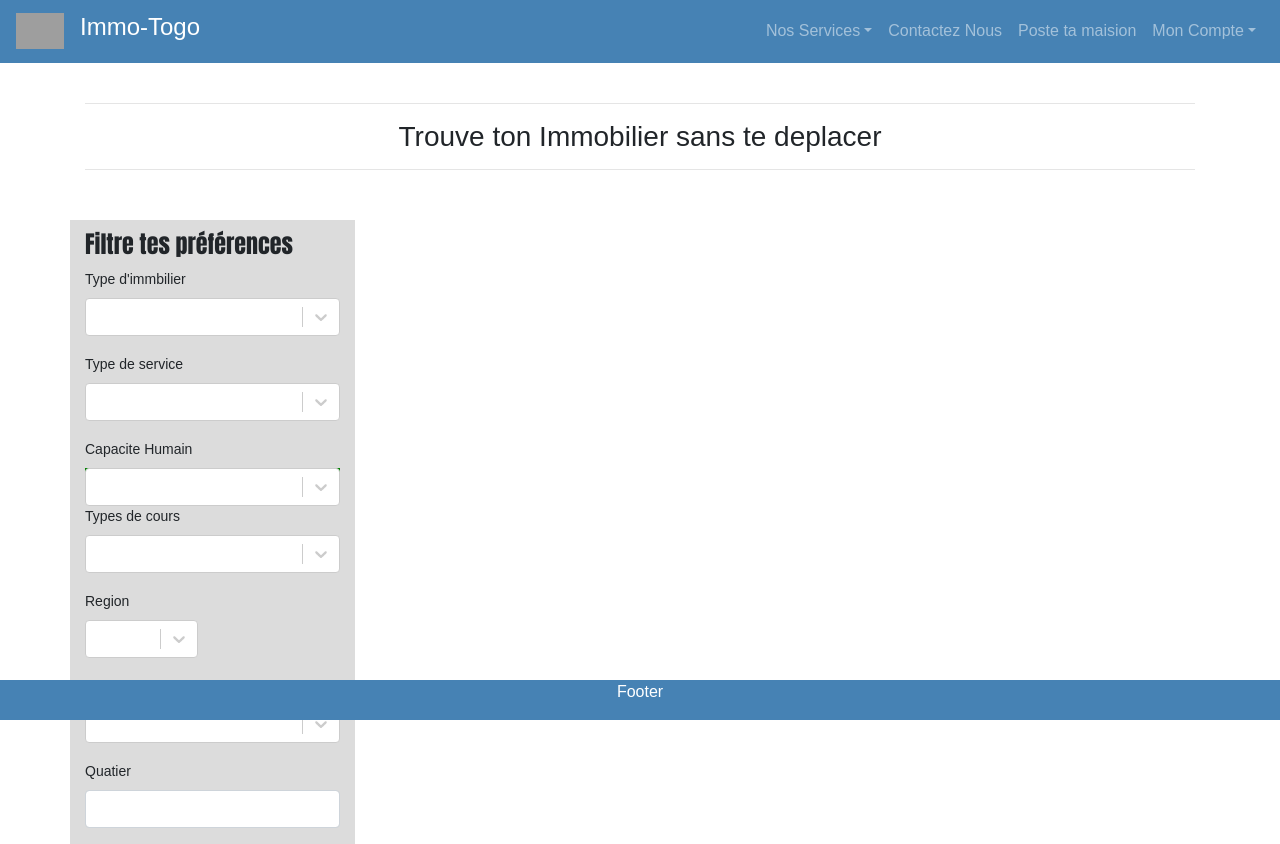
Repository: TAYLOR-YAO/immobilier-togo
Page: / (app in client/)
The author's editor kept a copy of each file at every save. The page is drawn from the files as they stood at one save, then again after the next save.
The browser window is 1280 px wide. The pictures show the whole page.
Pictures or frames that could not be fetched are drawn as grey boxes. The page's requests for data from a server got no answer. The project was rebuilt for these pictures with package versions that can differ from the ones it lists, and the page was loaded fresh each time. No one was signed in, and anything a server would have sent is missing. Also part of the build but not shown: client/src/Components/RegisterHouses/RegisterHouse.css, client/src/Components/RegisterHouses/RegisterHouse.js, client/src/Components/Test_file.js, client/src/Components/test-2.js.

Above is the page before, as saved 2020-05-15 00:13:58.

### client/src/App.js
import React from 'react';
import './App.css';
// import LendingPage from "./LendingPage/LendingPage";
import Router from "./Components/Router/Router";
import Navbar from "./Components/Navbar/Navbar";

function App() {
  return (
    <div className="App">
      <Navbar/>
      <Router/>
      <div className="footer fixed-bottom">
        <p>Footer</p>
      </div>
    </div>
  );
}

export default App;

### client/src/App.css
.App {
  text-align: center;
}

.App-logo {
  height: 5vmin;
  pointer-events: none;
}

@media (prefers-reduced-motion: no-preference) {
  .App-logo {
    animation: App-logo-spin infinite 20s linear;
  }
}
html {
position: relative;
min-height: 100%;
}
body {
margin: 0 0 100px;
font-family: sans-serif;
}
.content {
padding: 15px;
box-sizing: border-box;
text-align: center;
}
.footer {
  background-color: #4682B4 !important;
  color: #ffffff;
}
body > div.fade.hadow-lg.border.modal.show > div > div > div.bg-danger.text-white.text-center.py-1.modal-header{
  background-color: #4682B4 !important;
}

### client/src/Components/Router/Router.js

import React from "react";
import {Switch, Route} from "react-router-dom";

import LendingPage from "../LendingPage/LendingPage";

import RegisterHouse from "../RegisterHouses/RegisterHouse";
import TestFile from "../Test_file";
import TestFile2 from "../test-2";



const Router =()=>(
    <Switch>
        <Route exact path="/" component={LendingPage} />
        <Route exact path="/poster-immobiliers" component={RegisterHouse} />
        <Route exact path="/test" component={TestFile} />
        <Route exact path="/test2" component={TestFile2} />

    </Switch>
)
export default Router;

### client/src/Components/Navbar/Navbar.js
import React, {Component} from 'react';
import { Nav, NavDropdown, Navbar } from 'react-bootstrap';
import './Navbar.css';
var logo = "https://thumbs.dreamstime.com/z/mains-et-maisons-toits-logo-d-immobiliers-89005989.jpg";


class Navigations extends Component {
 state = {
   username: ""
};

  render() {
    return <div>

<Navbar collapseOnSelect expand="lg" bg="success" variant="dark" className="navbar navbar-fixed-top">
    <Navbar.Brand href="/node_modules">
        <img src={logo} className="App-logo" alt="logo" style={{float:"left"}} />
    </Navbar.Brand>
    <Navbar.Brand href="/">
        <h4>Immo-Togo  </h4>
    </Navbar.Brand>
    <Navbar.Toggle aria-controls="responsive-navbar-nav" />
    <Navbar.Collapse id="responsive-navbar-nav">
        <Nav className="mr-auto">
        </Nav>
        <Nav>
            <NavDropdown title="Nos Services" id="collasible-nav-dropdown">
                <NavDropdown.Item href="#action/3.1">Annonce et vente de Maison</NavDropdown.Item>
                <NavDropdown.Divider />
                <NavDropdown.Item href="#action/3.3">Annonce et vente de Terrains</NavDropdown.Item>
                <NavDropdown.Divider />
                <NavDropdown.Item href="#action/3.4">Annonce et location</NavDropdown.Item>
            </NavDropdown>
            <Nav.Link href="/">Contactez Nous</Nav.Link>
            <Nav.Link href="poster-immobiliers">Poste ta maision</Nav.Link>
            <NavDropdown title="Mon Compte" id="collasible-nav-dropdown">
                <NavDropdown.Item href="#action/3.1">Modifier</NavDropdown.Item>
                <NavDropdown.Divider />
                <NavDropdown.Item href="#action/3.3">Solicite L'aide</NavDropdown.Item>
                <NavDropdown.Divider />
                <NavDropdown.Item href="#action/3.4">Quitter</NavDropdown.Item>
            </NavDropdown>
        </Nav>
    </Navbar.Collapse>
</Navbar>

    </div>

  }
}

export default Navigations;

### client/src/Components/LendingPage/LendingPage.js
import React, {Component} from 'react';
import './LendingPage.css';
import ReactHtmlParser from 'react-html-parser';
import axios from "axios";
import { Container ,Row, Col, Card, Form,Button, Modal } from 'react-bootstrap';
import {regions, villes, immoiliers, cours, nombreChambres, aventages, services} from "../Feeds/feeds";
import Select from 'react-select';
import { Carousel } from 'react-responsive-carousel';
const customStyles = {
  input: styles => {
    return {
      ...styles,
      height: '1.6em'
  };
}
}
class LendingPage extends Component {
 state = {
    immobiliers: [],
    quartier:" ",
    ville:" ",
    descriptions:"",
    autreInfos:"",
    amount: "0.00 cfa",
    // ======================================
    region: "",
    immobilier: "",
    cours: "",
    chambres: "",
    aventages: "",
    services: "",
    // ======================================
    selectedRegion: null,
    selectedCity: null,
    selectedImmobilier: null,
    selectedCours:null,
    selectedNombreChambres: null,
    selectedAventages: null,
    selectedServices: null,
    documents: false,
    show: false,
    close: false,
};
componentDidMount = ()=>{
  axios.get("/api/poster-vente", this.state).then(response=>{
    this.setState({
        immobiliers: response.data,
        clonedImmobiliers: response.data
      })
  })
  this.handleRegionChange = (regionOption) => {
    let filteredRegions = this.state.clonedImmobiliers.filter(immobilier => {
        return immobilier.region === regionOption.value;
    })
    this.setState({
        immobiliers: filteredRegions,
        selectedRegion: regionOption.value
    })
  }
  // ==============================FILTRE Ville================================
  this.handleVillesChange= (cityOption) => {
    let filteredCities = this.state.clonedImmobiliers.filter(immobilier => {
      return immobilier.ville === cityOption.value;
    })
    this.setState({
      immobiliers: filteredCities,
      ville: cityOption.value
    })
  }
  // ==============================FILTRE TYPE D'IMMOBILIER================================
  this.handleImmobilierChange= (immobilierTypeOption) => {
    let filteredImmobilierType= this.state.clonedImmobiliers.filter(immobilier => {
      return immobilier.immobilier === immobilierTypeOption.value;
    })
    this.setState({
      immobiliers: filteredImmobilierType,
      selectedImmobilier: immobilierTypeOption.value
    })
  }

  // ==============================FILTRE TYPE DE COURS================================
  this.handleCoursChange= (coursOptions) => {
    let filteredCoursType= this.state.clonedImmobiliers.filter(immobilier => {
      return immobilier.cours === coursOptions.value;
    })
    this.setState({
      immobiliers: filteredCoursType,
      selectedCours: coursOptions.value
    })
  }
  // ==============================FILTRE NOMBRE DE CHAMBRES================================
  this.handleNombreChambresChange= (nombreChambresOption) => {
    let filterednombreChambres= this.state.clonedImmobiliers.filter(immobilier => {
      return immobilier.chambres === nombreChambresOption.value;
    })
    this.setState({
      immobiliers: filterednombreChambres,
      selectedNombreChambres: nombreChambresOption.value
    })
  }
  // ==============================FILTRE AVENTAGES================================
  // this.handleAventageChange= (aventagesOption) => {
  //   let filterednombreAventages= this.state.clonedImmobiliers.filter(immobilier => {
  //     return immobilier.aventages === aventagesOption.value[0];
  //   })
  //   this.setState({
  //     immobiliers: filterednombreAventages,
  //     selectedAventages: aventagesOption.value
  //   })
  // }
// ================================================
  this.handleServicesChange = (servicesOptions) => {
    // this.setState({ selectedServices: selectedServices, services: selectedServices.value });
    let filteredServices= this.state.clonedImmobiliers.filter(immobilier => {
      return immobilier.aventages === servicesOptions.value[0];
    })
    this.setState({
      immobiliers: filteredServices,
      selectedServices: servicesOptions.value
    })
  }

}

handleAmountChange = (event, maskedvalue, floatvalue) =>{
  this.setState({amount: maskedvalue});
}


handleServicesChange= (selectedServices) => {
  this.setState({ selectedServices: selectedServices, services: selectedServices.value });
}

handleInputsChanges = event => {
  const { target: { name, value } } = event;
  this.setState({ [name]: value });
}

render() {
  // const { immobiliers} = this.state;
  const { immobiliers, selectedRegion, selectedCity, selectedImmobilier,selectedCours,selectedNombreChambres, selectedAventages, selectedServices} = this.state;
  return <div>

      <Container>
          <div style={{textAlign:"center"}}>
            <br/>
            <hr/>
            <h3>Trouve ton Immobilier sans te deplacer</h3>
            <hr/>
          </div>
        <br/>
        <Row style={{marginTop:"10px", height:"300px"}}>
        <Col sm={3} style={{background:"#DCDCDC", textAlign:"left"}}>
          <h4 style={{marginTop:"10px", fontFamily:"impact"}}>Filtre tes préférences</h4>
          <Row>
            <Col sm={12}>
              <Form.Group controlId="exampleForm.ControlSelect1" >
                <Form.Label style={{fontSize:"14px"}}>Type d'immbilier</Form.Label>
                <br/>
                <Select
                styles={customStyles}
                placeholder={selectedImmobilier}
                value={this.state.selectedImmobilier}
                onChange={this.handleImmobilierChange}
                options={immoiliers}
                />
              </Form.Group>
            </Col>
            <Col sm={12}>
              <Form.Group controlId="exampleForm.ControlSelect1" >
                <Form.Label style={{fontSize:"14px"}}>Type de service</Form.Label>
                <br/>
                <Select
                    styles={customStyles}
                    placeholder={selectedServices}
                    value={this.state.selectedServices}
                    onChange={this.handleServicesChange}
                    options={services}
                />
              </Form.Group>
            </Col>
          </Row>
          <Row>
            <Col sm={12}>
              <Form.Group controlId="exampleForm.ControlSelect1" >
                <Form.Label style={{fontSize:"14px"}}>Capacite Humain</Form.Label>
                <br/>
                <Select
                    styles={customStyles}
                    placeholder={selectedNombreChambres}
                    value={this.state.selectedNombreChambres}
                    onChange={this.handleNombreChambresChange}
                    options={nombreChambres}
                />
              </Form.Group>
            </Col>
            <Col sm={12}>
              <Form.Group controlId="exampleForm.ControlSelect1" >
              <Form.Label style={{fontSize:"14px"}}>Types de cours</Form.Label>
              <br/>
              <Select
                styles={customStyles}
                placeholder={selectedCours}
                value={this.state.selectedCours}
                onChange={this.handleCoursChange}
                options={cours}
                // isMulti
                />
              </Form.Group>
            </Col>
          </Row>
          <Row>
            <Col sm={6}>
              <Form.Group controlId="exampleForm.ControlSelect1" >
              <Form.Label style={{fontSize:"14px"}}>Region</Form.Label>
              <br/>
              <Select
                  styles={customStyles}
                  placeholder={selectedRegion}
                  value={this.state.selectedRegion}
                  onChange={this.handleRegionChange}
                  options={regions}
                />
              </Form.Group>
            </Col>
            <Col sm={12}>
              <Form.Group controlId="exampleForm.ControlSelect1" >
              <Form.Label style={{fontSize:"14px"}}>Ville & Village</Form.Label>
              <br/>
              <Select
                  styles={customStyles}
                  placeholder={selectedCity}
                  value={this.state.selectedCity}
                  onChange={this.handleVillesChange}
                  options={villes}
                />
             </Form.Group>
            </Col>
          </Row>
          <Row>
            <Col sm={12}>
              <Form.Group controlId="exampleForm.ControlSelect1" >
                <Form.Label style={{fontSize:"14px"}}>Quatier</Form.Label>
                <Form.Control type="text" placeholder="Ex: Adidogomé " value={this.state.quartier} name="quartier" onChange={this.handleInputsChanges}/>
              </Form.Group>
            </Col>
            {/* <Col sm={6}>
              <Form.Group controlId="exampleForm.ControlSelect1" >
              <Form.Label style={{fontSize:"14px"}}>Aventages</Form.Label>
              <br/>
              <Select
                  styles={customStyles}
                  placeholder={selectedAventages}
                  value={this.state.selectedAventages}
                  onChange={this.handleAventageChange}
                  options={aventages}
                  isMulti
                />
              </Form.Group>
            </Col> */}
          </Row>
          </Col>
{/* ===================================================================== */}
          <Col sm={9}>
            <Row>
              <Col sm={12}>
                <Row>
                  <Col sm={12}>
                    { immobiliers.map(immobilier =>
                    <div key={immobilier._id} >
                      <Row style={{borderTop:"3px double #000", paddingTop:"10px"}}>
                        <Col sm={8}>
                          <div >
                            <Card>
                              <Card.Title><h4 style={{fontFamily:"impact" }}>{immobilier.titre}</h4></Card.Title>
                                <Card.Body className="housepics">
                                  <Carousel>
                                  {immobilier.images.map((image,index) =>
                                    <div key={index}>
                                      <img src={image} alt="Item View"/>
                                      <p className={image}>Legend 2</p>
                                    </div>
                                  )}
                                </Carousel>
                              </Card.Body>
                            </Card>
                          </div>
                        </Col>
                        <Col sm={4} style={{textAlign:"left",background:"#DCDCDC", paddingTop:"10px",overflow:"auto"}}>
                            <h4 style={{fontFamily:"impact" }}>Details le l'immobilier</h4>
                            <hr/>
                            <h5  style={{fontFamily:"impact" }}>{`Prix:   ${immobilier.amount}`}</h5>
                            <hr/>
                            <p style={{fontFamily:"impact" }}><strong>Telephone: </strong>{` ${immobilier.sellerContacts}`}</p>
                            <hr/>
                            <a href="mailto:taylot.dev25@gmail.com?subject=Immo-Togo: Manifestation d'interet">{`Contacter le proprietaire: ${immobilier.sellerEmail}`}</a>
                            <hr/>
                            <a href="https://firebasestorage.googleapis.com/v0/b/immo-togo.appspot.com/o/immo-togo%2F27752247_1641686842578627_1891016869452810300_n.jpg?alt=media&token=f6b03fa1-4225-4add-8caa-f81f313e2d23" download="w3logo">Telecharger le contract</a>
                            <hr/>
                            <Row>
                              <Col sm={12}>
                                <Button
                                  variant="outline-dark"
                                  // variant="none"
                                  onClick={() => this.setState({ show: true })}
                                >
                                  Plus de Detailles
                                </Button>
                                <Modal
                                  show={this.state.show}
                                  animation={true}
                                  size="md" className="hadow-lg border">
                                  <Modal.Header className="bg-danger text-white text-center py-1" id="mondal-header">
                                    <Modal.Title className="text-center">
                                      <h5>Plus De Detailles A Lire</h5>
                                    </Modal.Title>
                                  </Modal.Header>
                                  <Modal.Body className="py-0 border">
                                    {/*=====================Modal Body====================== */}
                                    <p><strong>Type de cours:</strong> {immobilier.cours ? ` ${immobilier.cours}` : ""}</p>
                                    <p><strong>Offre:</strong> {immobilier.services ? ` ${immobilier.services}` : ""}</p>
                                    <p><strong>Ville & Village:</strong>{` ${immobilier.ville}`}</p>
                                    <p><strong>Quartier:</strong>  {` ${immobilier.quartier}`} </p>
                                    <div>{immobilier.chambres ?(<div><strong>Nombre de Piece(s): </strong>{immobilier.chambres}</div>): ""}</div>
                                    <p>{immobilier.aventage ? `Aventale du lieu: ${immobilier.aventage.map(aventage =>{
                                    return ` ${aventage.value} |`
                                    })}` : ""}
                                    </p>
                                    <div><h6><strong>Address:</strong> </h6>{` ${immobilier.address}`}</div>
                                    <hr/>
                                    <div><h5><strong>Descriptions:</strong> </h5>  {ReactHtmlParser (immobilier.descriptions)}  </div>
                                    {/* ==================================================== */}

                                  </Modal.Body>
                                    <Modal.Footer className="py-1 d-flex justify-content-center">
                                      <div>
                                        <Button
                                          variant="outline-dark" onClick={() => this.setState({ show: false })}>Cancel</Button>
                                      </div>
                                      <div>
                                        <Button variant="outline-danger" className="mx-2 px-3">Delete</Button>
                                      </div>
                                    </Modal.Footer>
                                </Modal>
                              </Col>
                            </Row>
                        </Col>
                      </Row>
                        <hr/>
                      </div>
                    )}
                  </Col>
                </Row>

              </Col>
            </Row>
          </Col>
        </Row>
      </Container>
    </div>
  }
}

export default LendingPage;

### client/src/Components/Navbar/Navbar.css
/*
#root > div > div:nth-child(1) > nav{
    position: fixed;
    top: 0;
    width: 100%;

} */


#root > div > div:nth-child(1) > nav{
    background-color: #4682B4 !important;
}

### client/src/Components/LendingPage/LendingPage.css


.housepics{
    max-width: 80% !important;
    margin: auto;

}

#root > div > div:nth-child(2) > div > div.row > div.col-sm-3 > div:nth-child(3) > div:nth-child(1) > div > div{
    background-color:green !important;
    height: 20px !important;
}
#root > div > div:nth-child(2) > div > div.row >
 div.col-sm-9 > div > div > div > div > div > div >
 div.col-sm-8 > div > div > div.housepics.card-body >
  div > div:nth-child(2) > div > ul{
    margin-bottom: -5px !important;
    padding-bottom: -10px !important;
}

body > div.fade.hadow-lg.border.modal.show > div > div > div.bg-danger.text-white.text-center.py-1.modal-header{
    background-color:#4682B4;
}
#root > div > div:nth-child(2) > div > div.row > div.col-sm-9 > div > div > div > div > div > div > div.col-sm-4 > div > div > button{
    background-color:#4682B4;
    /* outline: #4682B4; */
    cursor: pointer;

}

### client/src/Components/Feeds/feeds.js
const regions = [
    { value: 'Maritime', label: 'Maritime' },
    { value: 'Central', label: 'Central' },
    { value: 'Savanes', label: 'Savanes' },
    { value: 'Kara', label: 'Kara' },
    { value: 'Plateaux', label: 'Plateaux' }
]
let immoiliers = [
    { value: 'Maison', label: 'Maison' },
    { value: 'Chambre', label: 'Chambre' },
    { value: 'Appartment', label: 'Appartment' },
    { value: 'Cours commune', label: 'Cours commune' },
    { value: 'Magasin', label: 'Magasin' },
    { value: 'Sommaire', label: 'Sommaire' }
]
let cours = [
    { value: 'Cours Uniquie', label: 'Cours Uniquie' },
    { value: 'Cours Commune', label: 'Cours Commune' },
    { value: 'Immeubles', label: 'Immeubles' }
]
let nombreChambres= [
    { value: 1, label: 1},
    { value: 2, label: 2},
    { value: 3, label: 3},
    { value: 4, label: 4},
    { value: 5, label: 5},
    { value: 6, label: 6},
    { value: 7, label: 7},
    { value: 8, label: 8},
    { value: 9, label: 9},
    { value: 10, label: 10},
    { value: 11, label: 11},
    { value: 12, label: 12},
    { value: 13, label: 13},
    { value: 14, label: 14},
    { value: 15, label: 15},
    { value: 16, label: 16},
    { value: 17, label: 17},
    { value: 18, label: 18},
    { value: 19, label: 19},
    { value: 20, label: 20}
]

let villes =[
    { value: 'Lomé', label: 'Lomé' },
    { value: 'Sokodé', label: 'Sokodé' },
    { value: 'Kara', label: 'Kara' },
    { value: 'Atakpamé', label: 'Atakpamé' },
    { value: 'Bassar', label: 'Bassar' },
    { value: 'Tsévié', label: 'Tsévié' },
    { value: 'Aného', label: 'Aného' },
    { value: 'Mango', label: 'Mango' },
    { value: 'Dapaong', label: 'Dapaong' },
    { value: 'Tchamba', label: 'Tchamba' },
    { value: 'Niamtougou', label: 'Niamtougou'},
    { value: 'Bafilo', label: 'Bafilo' },
    { value: 'Notsé', label: 'Notsé' },
    { value: 'Sotouboua', label: 'Sotouboua' },
    { value: 'Vogan', label: 'Vogan' },
    { value: 'Badou', label: 'Badou' },
    { value: 'Biankouri', label: 'Biankouri' },
    { value: 'Kandé', label: 'Kandé' },
    { value: 'Amlamé', label: 'Amlamé' },
    { value: 'Galangachi', label: 'Galangachi' },
    { value: 'Kpagouda', label: 'Kpagouda' }
]
let aventages = [
    { value: "Cyber", label: "Cyber" },
    { value: 'Ecole Primaire', label: 'Ecole Primaire' },
    { value: 'Lycées', label: 'Lycées' },
    { value: 'Université', label: 'Université' },
    { value: "Securité", label: "Securité"}
]
let services = [
    { value: "Vente", label: "Vente" },
    { value: 'Louer', label: 'Louer' },
    { value: 'Baille', label: 'Baille' }
]

module.exports = {
    villes: villes,
    regions: regions,
    immoiliers: immoiliers,
    cours: cours,
    nombreChambres: nombreChambres,
    aventages: aventages,
    services: services

}

Loaded but not shown: client/public/index.html (common file); client/src/index.js (common file); client/src/index.css (common file); client/src/serviceWorker.js (common file)

After the next save:
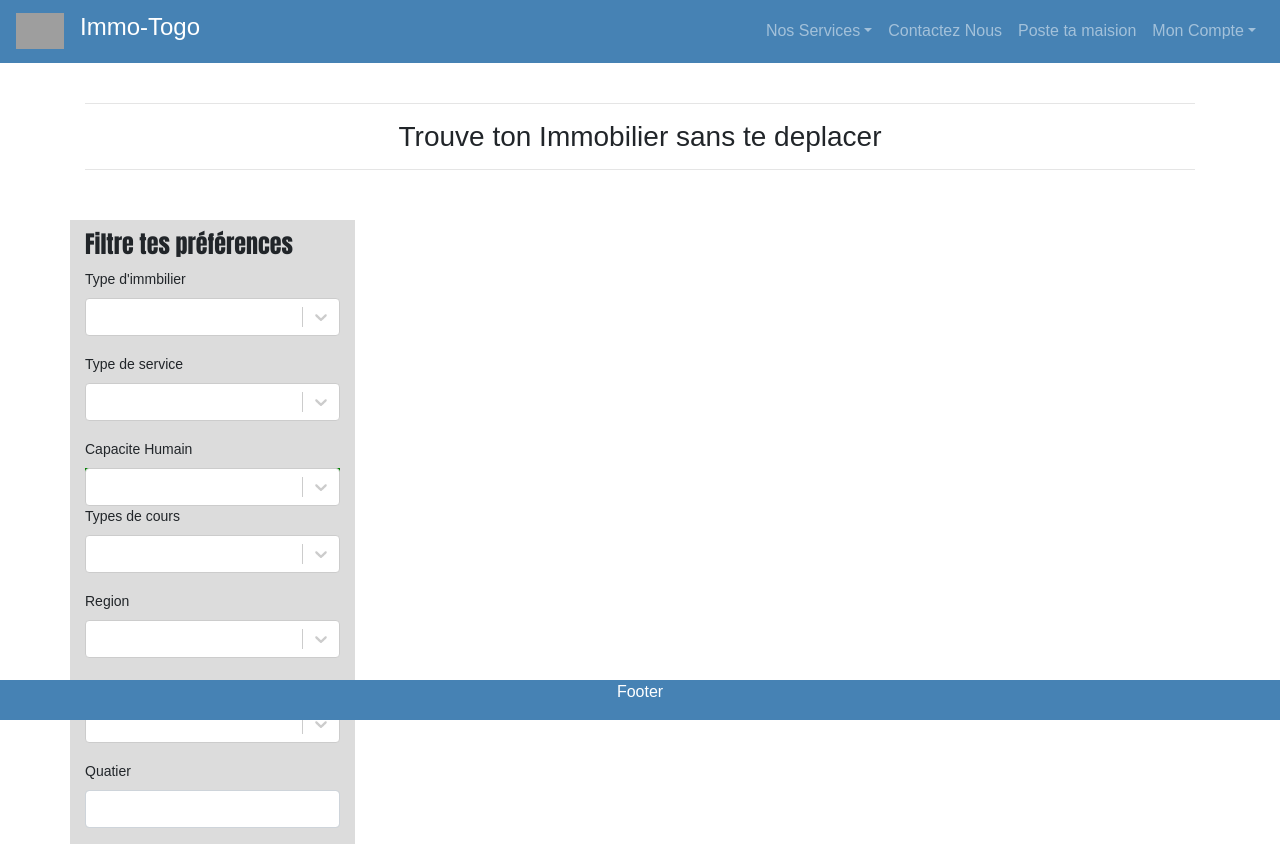
Saved 25 s later.
--- a/client/src/Components/LendingPage/LendingPage.js
+++ b/client/src/Components/LendingPage/LendingPage.js
@@ -210,7 +210,7 @@ render() {
             </Col>
           </Row>
           <Row>
-            <Col sm={6}>
+            <Col sm={12}>
               <Form.Group controlId="exampleForm.ControlSelect1" >
               <Form.Label style={{fontSize:"14px"}}>Region</Form.Label>
               <br/>
